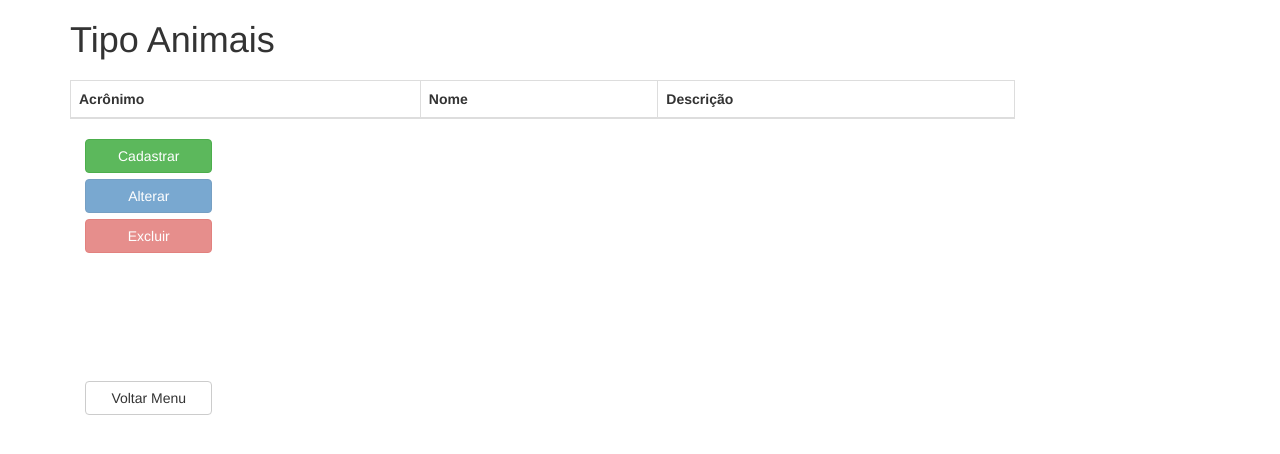
Repository: marycamila184/saipro
Page: SAIPRO/FrontClinicaVeterinaria/WebContent/tipoanimais/index.html
The author's editor kept a copy of each file at every save. The page is drawn from the files as they stood at one save, then again after the next save.
The browser window is 1280 px wide. The pictures show the whole page.
The page's requests for data from a server got no answer.

Above is the page before, as saved 2018-06-14 21:17:26.

### SAIPRO/FrontClinicaVeterinaria/WebContent/tipoanimais/index.html
<!DOCTYPE html>
<html>
<head>
<title>Clínica Veterinária</title>
<meta charset="UTF-8">
<meta name="viewport" content="width=device-width, initial-scale=1.0">
<link rel="stylesheet"
	href="https://maxcdn.bootstrapcdn.com/bootstrap/3.3.7/css/bootstrap.min.css">
<link rel="stylesheet" href="../css/style.css">
<script
	src="https://ajax.googleapis.com/ajax/libs/jquery/3.3.1/jquery.min.js"></script>
<script
	src="https://maxcdn.bootstrapcdn.com/bootstrap/3.3.7/js/bootstrap.min.js"></script>
<script src="../js/tipoanimais.js"></script>
</head>
<body>
	<div class="container">
		<div class="row">
			<div class="col-md-12">
				<h1 class="sub-header" id="tipo" style="margin-bottom: 20px">Tipo Animais</h1>
			</div>
		</div>
		<div class="row">
			<div class="col-md-10">
				<div id="mensagem">
				<div class="table-responsive">
					<table id="table"
						class="table table-striped table-hover table-bordered">
						<thead>
							<tr>
								<th>Acrônimo</th>
								<th>Nome</th>
								<th>Descrição</th>
							</tr>
						</thead>
						<tbody>
						</tbody>
					</table>
				</div>
			</div>
			<div class="col-md-2">
				<div class="row">
					<div class="col-md-12">
						<button type="button" id="btn-modal-cadastrar"
							class="btn btn-success" data-toggle="modal"
							data-target="#myModal" style="width: 100%;">Cadastrar</button>
					</div>
				</div>
				<div class="row">
					<div class="col-md-12">
						<button disabled type="button" id="btn-modal-alterar"
							class="btn btn-primary" data-toggle="modal"
							data-target="#myModal" style="width: 100%; margin-top: 5%;">Alterar</button>
					</div>
				</div>
				<div class="row">
					<div class="col-md-12">
						<button disabled type="button" id="btn-excluir" class="btn btn-danger"
							style="width: 100%; margin-top: 5%;">Excluir</button>
					</div>
				</div>
				<div class="row">
					<div class="col-md-12">
						<a href="/ProjetoClinica" id="btn-voltar" class="btn btn-default"
							style="width: 100%; margin-top: 100%">Voltar Menu</a>
					</div>
				</div>
			</div>
		</div>
	</div>
</body>


<!-- Modal -->
<div id="myModal" class="modal fade" role="dialog">
	<div class="modal-dialog">

		<!-- Modal content-->
		<div class="modal-content">
			<div class="modal-header">
				<button type="button" class="close" data-dismiss="modal">&times;</button>
				<h4 id="modal-title" class="modal-title"></h4>
			</div>
			<form>
				<div class="modal-body">
					<div id="mensagem-modal"></div>
					<div class="form-group row">
						<label for="nome" class="col-md-2 col-form-label">Acrônimo</label>
						<div class="col-md-3">
							<input type="text" class="form-control" id="acronimo"
								placeholder="Acrônimo">
						</div>
					</div>
					<div class="form-group row">
						<label for="nome" class="col-md-2 col-form-label">Nome</label>
						<div class="col-md-10">
							<input type="text" class="form-control" id="nome"
								placeholder="Nome">
						</div>
					</div>
					<div class="form-group row">
						<label for="nascimento" class="col-md-2 col-form-label">Descrição</label>
						<div class="col-md-10">
							<input type="text" class="form-control" id="descricao"
								placeholder="Descrição">
						</div>
					</div>
				</div>
				<div class="modal-footer">
					<div class="form-group row">
						<div class="col-md-12">
							<button type="button" class="btn btn-default"
								data-dismiss="modal">Fechar</button>
								<button type="button" id="btn-cadastrar" class="btn btn-success" style="display:none;">Salvar</button>
								<button type="button" id="btn-alterar" class="btn btn-success" style="display:none;">Salvar</button>
						</div>
					</div>
				</div>
			</form>
		</div>
	</div>
</div>

### SAIPRO/FrontClinicaVeterinaria/WebContent/css/style.css
table tbody tr.selected {
	background-color: #A9A9A9 !important;
	color: #fff;
	vertical-align: middle;
	padding: 1.5em;
}

### SAIPRO/FrontClinicaVeterinaria/WebContent/js/tipoanimais.js
$(document).ready(function() {
	//Carregando a tabela
	setTable();

	$("#btn-excluir").click(function(event) {
		var dataRowName = $('tr.selected').attr('data-row-name');

		//Espero a confirmação do usuario
		if (confirm("Deseja deletar o tipo animal " + dataRowName + "?")) {

			var id = $('tr.selected').attr('id');

			$.ajax({
				url : "/ProjetoClinica/TipoAnimais?servico=remover&id=" + id,
				type : "GET",
				dataType: 'text',
				success : function() {
					setTable();
					$('#mensagem').html('<div class="alert alert-success" role="alert"><strong>Concluído!</strong> O tipo animal foi deletado com sucesso.</div>');
				},
				error : function(xhr, textStatus) {
					$('#mensagem').html('<div class="alert alert-danger" role="alert"><strong>Ops!</strong> Ocorreu um erro, tente novamente mais tarde.</div>');
				}
			});
		}
	});

	$("#btn-modal-cadastrar").click(function(event) {
		//Altero o titulo da modal
		$('#modal-title').text('Infomações do tipo animal');

		//Limpo os campos
		$('#acronimo').val('');
		$('#nome').val('');
		$('#descricao').val('');

		//Mostro o botão cadastrar e escondo o botão alterar
		$('#btn-alterar').hide();
		$('#btn-cadastrar').show();
		$('#mensagem-modal div').remove();

	});

	$("#btn-modal-alterar").click(function(event) {

		//Altero o titulo da modal
		var id = $('tr.selected').attr('id');
		$('#modal-title').text('Informações do tipo animal #'+id);

		//Mostro o botão alterar e escondo o botão cadastrar
		$('#btn-alterar').show();
		$('#btn-cadastrar').hide();

		$('#mensagem-modal div').remove();

		//Preencho os campos da modal
		$.ajax({
			url : "/ProjetoClinica/TipoAnimais?servico=buscar&id=" + id,
			type : "GET",
			success : function(data, textStatus, xhr) {
				$('#acronimo').val(data.tipoanimais.acronimo);
				$('#nome').val(data.tipoanimais.nome);
				var descricao = '';
				if (typeof data.tipoanimais.descricao != 'undefined'){
					descricao = data.tipoanimais.descricao;
				}
				$('#descricao').val(descricao);
				$('#myModal').modal('show');
			},
			error : function(xhr, textStatus) {
				$('#myModal').modal('hide');
				$('#mensagem').html('<div class="alert alert-danger" role="alert"><strong>Ops!</strong> Ocorreu um erro, tente novamente mais tarde.</div>');
			}
		});
	});

	$("#btn-cadastrar").click(function(event) {

		var objeto = {
			acronimo : $('#acronimo').val(),
			nome : $('#nome').val(),
			descricao :   $('#descricao').val()
		}

		$.ajax({
			type : "POST",
			url : "/ProjetoClinica/TipoAnimais?servico=cadastrar",
			data : JSON.stringify(objeto),
			contentType : "application/json; charset=utf-8",
			dataType: 'text',
		}).done(function(data, textStatus, jqXHR) {
			$('#myModal').modal('hide');
			$('#mensagem').html('<div class="alert alert-success" role="alert"><strong>Concluído!</strong> O tipo de animal foi cadastrado com sucesso.</div>');
			setTable();
			$('#btn-modal-alterar').attr("disabled", true);
			$('#btn-excluir').attr("disabled", true);
        }).fail(function(jqXHR, textStatus, errorThrown) {
        	if(jqXHR.status == 400){
        		$('#mensagem-modal').html('<div class="alert alert-danger" role="alert"><strong>Ops!</strong> Preencha todos os campos corretamente.</div>');
        	}else{
        		$('#mensagem-modal').html('<div class="alert alert-danger" role="alert"><strong>Ops!</strong> Ocorreu um erro, tente novamente mais tarde.</div>');
        	}
        });
	});

	$("#btn-alterar").click(function(event) {

		var objeto = {
			acronimo : $('#acronimo').val(),
			nome : $('#nome').val(),
			descricao :   $('#descricao').val()
		}

		$.ajax({
			type : "POST",
			url : "/ProjetoClinica/TipoAnimais?servico=alterar",
			data : JSON.stringify(objeto),
			dataType: 'text',
			contentType : "application/json; charset=utf-8",
		}).done(function(data, textStatus, jqXHR) {
			$('#myModal').modal('hide');
			$('#mensagem').html('<div class="alert alert-success" role="alert"><strong>Concluído!</strong> O tipo de animal foi alterado com sucesso.</div>');
			setTable();
			$('#btn-modal-alterar').attr("disabled", true);
			$('#btn-excluir').attr("disabled", true);
        }).fail(function(jqXHR, textStatus, errorThrown) {
        	if(jqXHR.status == 400){
        		$('#mensagem-modal').html('<div class="alert alert-danger" role="alert"><strong>Ops!</strong> Preencha todos os campos corretamente.</div>');
        	}else{
        		$('#mensagem-modal').html('<div class="alert alert-danger" role="alert"><strong>Ops!</strong> Ocorreu um erro, tente novamente mais tarde.</div>');
        	}
        });
	});
});


function setTable() {
	$.get("/ProjetoClinica/TipoAnimais?servico=listar", function(data) {
		$("#table tbody tr").remove();
		$.each(data.tipoanimais, function(key, value) {
			var descricao = '';
			if (typeof value.descricao != 'undefined'){
				descricao = value.descricao;
			}
			$('#table tbody').append(
					'<tr id="' + value.acronimo + '" data-row-name="' + value.nome
							+ '"><td>' + value.acronimo + '</td><td>' + value.nome
							+ '</td><td>' + descricao + '</td></tr>');
		});

		$('#table tr').click(function(event) {
			$('.selected').removeClass('selected');
			$(this).addClass("selected");
			$('#btn-modal-alterar').removeAttr('disabled');
			$('#btn-excluir').removeAttr('disabled');
		});
	});
}

After the next save:
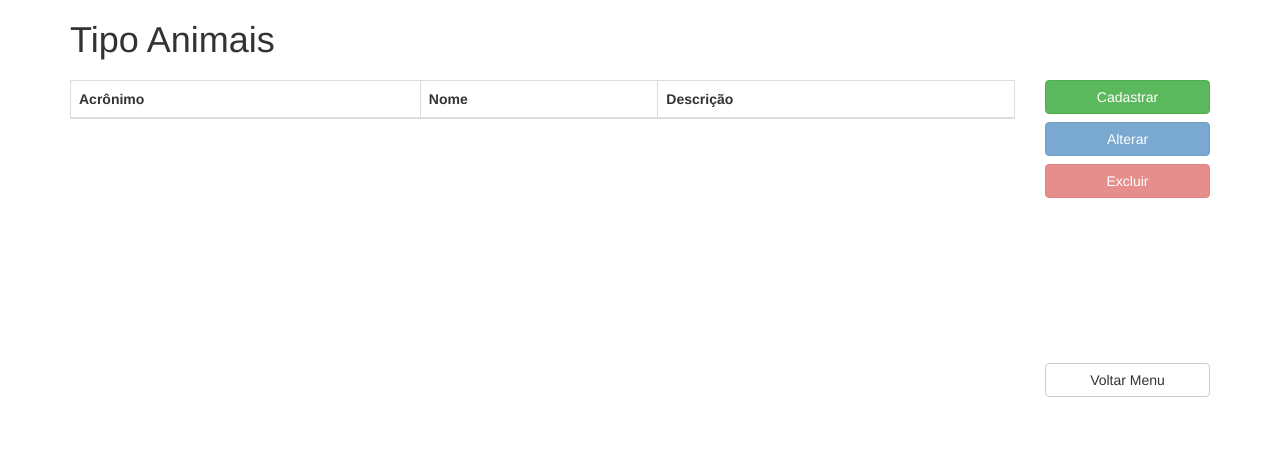
Saved 3 s later.
--- a/SAIPRO/FrontClinicaVeterinaria/WebContent/tipoanimais/index.html
+++ b/SAIPRO/FrontClinicaVeterinaria/WebContent/tipoanimais/index.html
@@ -22,7 +22,7 @@
 		</div>
 		<div class="row">
 			<div class="col-md-10">
-				<div id="mensagem">
+				<div id="mensagem"></div>
 				<div class="table-responsive">
 					<table id="table"
 						class="table table-striped table-hover table-bordered">
